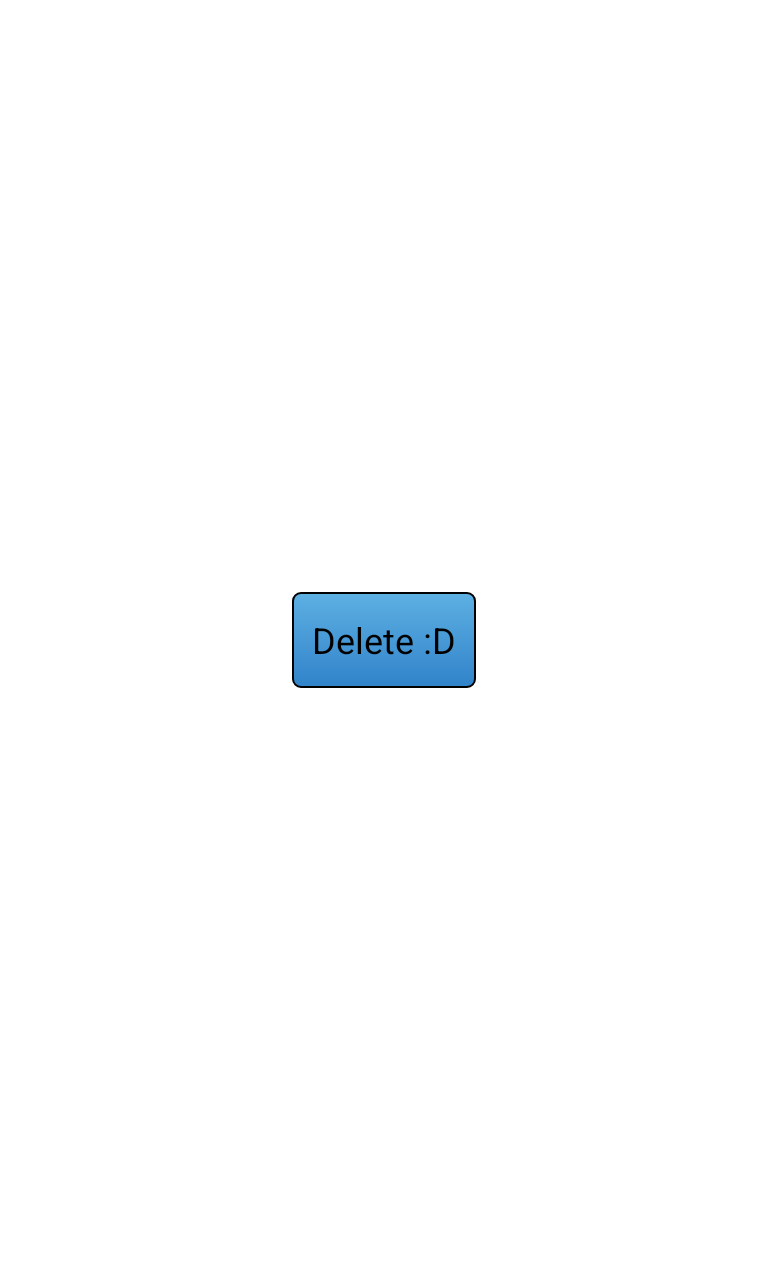
Repository: ArisKots1992/Software-Development
Layout: Anaptiksi Logismikou/Anaptiksi Logismikou/AdminClientApplication/res/layout/third_tab.xml
These files come from the project's save history. The layout is drawn as it stood at one moment and after the next save; the edit follows.
It is drawn on a 768 x 1280 px phone screen (xhdpi) without system bars, with theme AppTheme; the app's code is not run.

Above is the layout before, as saved 2015-01-19 16:19:06.

### Anaptiksi Logismikou/Anaptiksi Logismikou/AdminClientApplication/res/layout/third_tab.xml
<?xml version="1.0" encoding="utf-8"?>
<LinearLayout xmlns:android="http://schemas.android.com/apk/res/android"
    android:layout_width="match_parent"
    android:layout_height="match_parent"
    android:gravity="center"
    android:orientation="vertical" >

    <Button
        android:id="@+id/delete_button"
        android:layout_width="wrap_content"
        android:layout_height="wrap_content"
        android:text="Delete :D"
        android:background="@drawable/custom_button" />


</LinearLayout>

### Anaptiksi Logismikou/Anaptiksi Logismikou/AdminClientApplication/res/values/styles.xml
<resources>

    <!--
        Base application theme, dependent on API level. This theme is replaced
        by AppBaseTheme from res/values-vXX/styles.xml on newer devices.
    -->
    <style name="AppBaseTheme" parent="android:Theme.Light">
        <!--
            Theme customizations available in newer API levels can go in
            res/values-vXX/styles.xml, while customizations related to
            backward-compatibility can go here.
        -->
    </style>

    <!-- Application theme. -->
    <style name="AppTheme" parent="AppBaseTheme">
        <!-- All customizations that are NOT specific to a particular API-level can go here. -->
    </style>

    <style name="CustomStyleButton" parent="@android:style/Widget.Button">
		<item name="android:textSize">16sp</item>
 		<item name="android:textStyle">bold</item>
 		<item name="android:textColor">#dedfdc</item>
 		<item name="android:gravity">center</item>
 		<item name="android:shadowColor">#000000</item>
 		<item name="android:shadowDx">1</item>
 		<item name="android:shadowDy">1</item>
 		<item name="android:shadowRadius">0.6</item>
 		<item  name="android:background">@drawable/custom_button</item>
 		<item name="android:padding">10dip</item>
	</style>
</resources>

### Anaptiksi Logismikou/Anaptiksi Logismikou/AdminClientApplication/res/drawable/custom_button.xml
<?xml version="1.0" encoding="utf-8"?>
<selector xmlns:android="http://schemas.android.com/apk/res/android">
 <item android:state_pressed="true" >
  <shape>
  <solid
   android:color="#2678BF" />
  <stroke
   android:width="1dp"
   android:color="#000000" />
  <corners
   android:radius="4dp" />
  <padding
   android:left="10dp"
   android:top="10dp"
   android:right="10dp"
   android:bottom="10dp" />
  </shape>
 </item>
  <item>
  <shape>
  <gradient
   android:startColor="#5DB0E2"
   android:endColor="#3183CA"
   android:angle="270" />
  <stroke
   android:width="1dp"
   android:color="#000000" />
  <corners
   android:radius="4dp" />
  <padding
   android:left="10dp"
   android:top="10dp"
   android:right="10dp"
   android:bottom="10dp" />
 </shape>
 </item>
</selector>

Loaded but not shown: Anaptiksi Logismikou/Anaptiksi Logismikou/AdminClientApplication/res/values-v11/styles.xml (common file); Anaptiksi Logismikou/Anaptiksi Logismikou/AdminClientApplication/res/values-v14/styles.xml (common file)

After the next save:
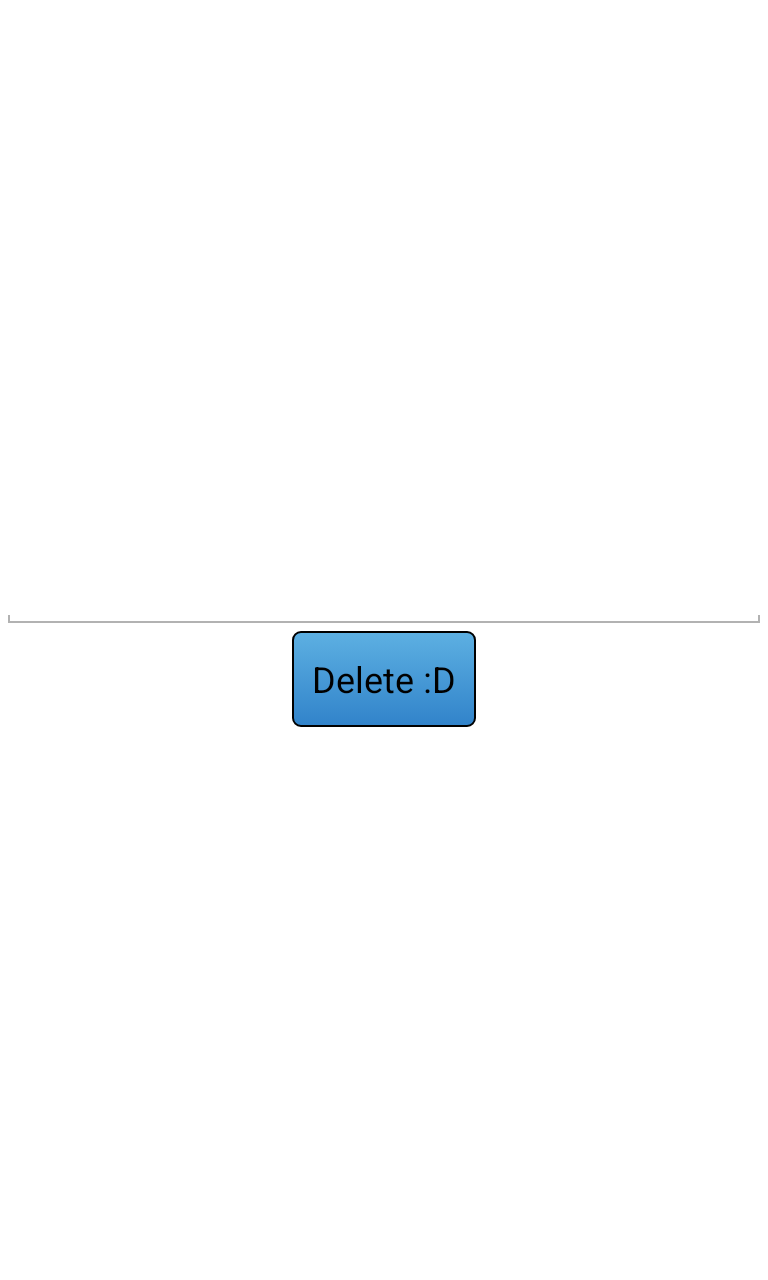
Saved 16 s later.
--- a/Anaptiksi Logismikou/Anaptiksi Logismikou/AdminClientApplication/res/layout/third_tab.xml
+++ b/Anaptiksi Logismikou/Anaptiksi Logismikou/AdminClientApplication/res/layout/third_tab.xml
@@ -4,6 +4,13 @@
     android:layout_height="match_parent"
     android:gravity="center"
     android:orientation="vertical" >
+
+    <EditText
+        android:id="@+id/editTextMac"
+        android:layout_width="match_parent"
+        android:layout_height="wrap_content"
+        android:ems="10" >
+    </EditText>
 
     <Button
         android:id="@+id/delete_button"
